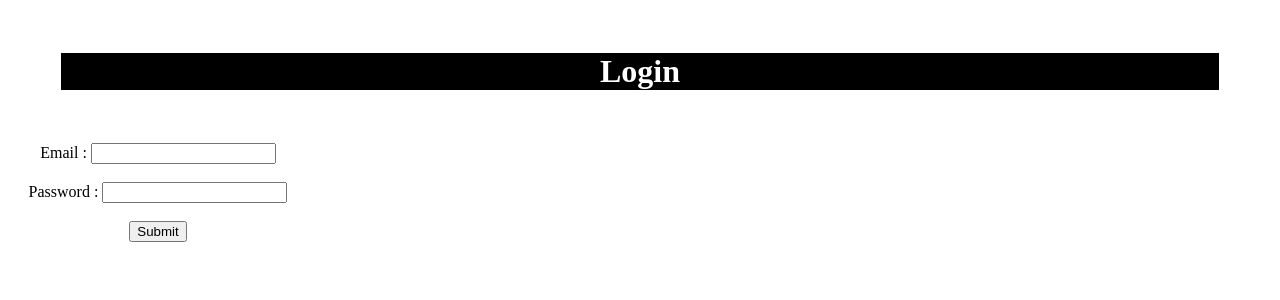
Repository: KD3-86718-yagywalky/Advance-java
Page: Assignment02/secondapp/src/main/webapp/index.html
The author's editor kept a copy of each file at every save. The page is drawn from the files as they stood at one save, then again after the next save.
The browser window is 1280 px wide. The pictures show the whole page.

Above is the page before, as saved 2024-12-03 09:53:24.

After the next save:
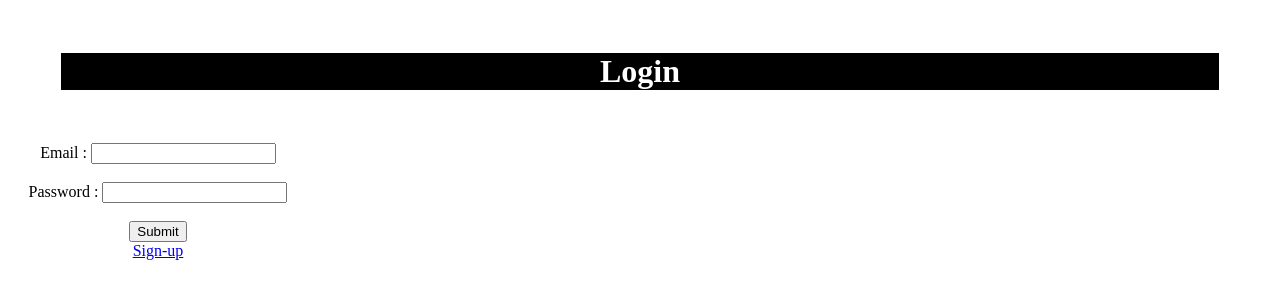
Saved 98 s later.
--- a/Assignment02/secondapp/src/main/webapp/index.html
+++ b/Assignment02/secondapp/src/main/webapp/index.html
@@ -15,6 +15,8 @@
 		<br/><br/>
 		<input type="submit" name="Submit"/>
 		</form>
+
+		<a href="Signup" >Sign-up</a>
 		</div>
 </body>
 </html>
